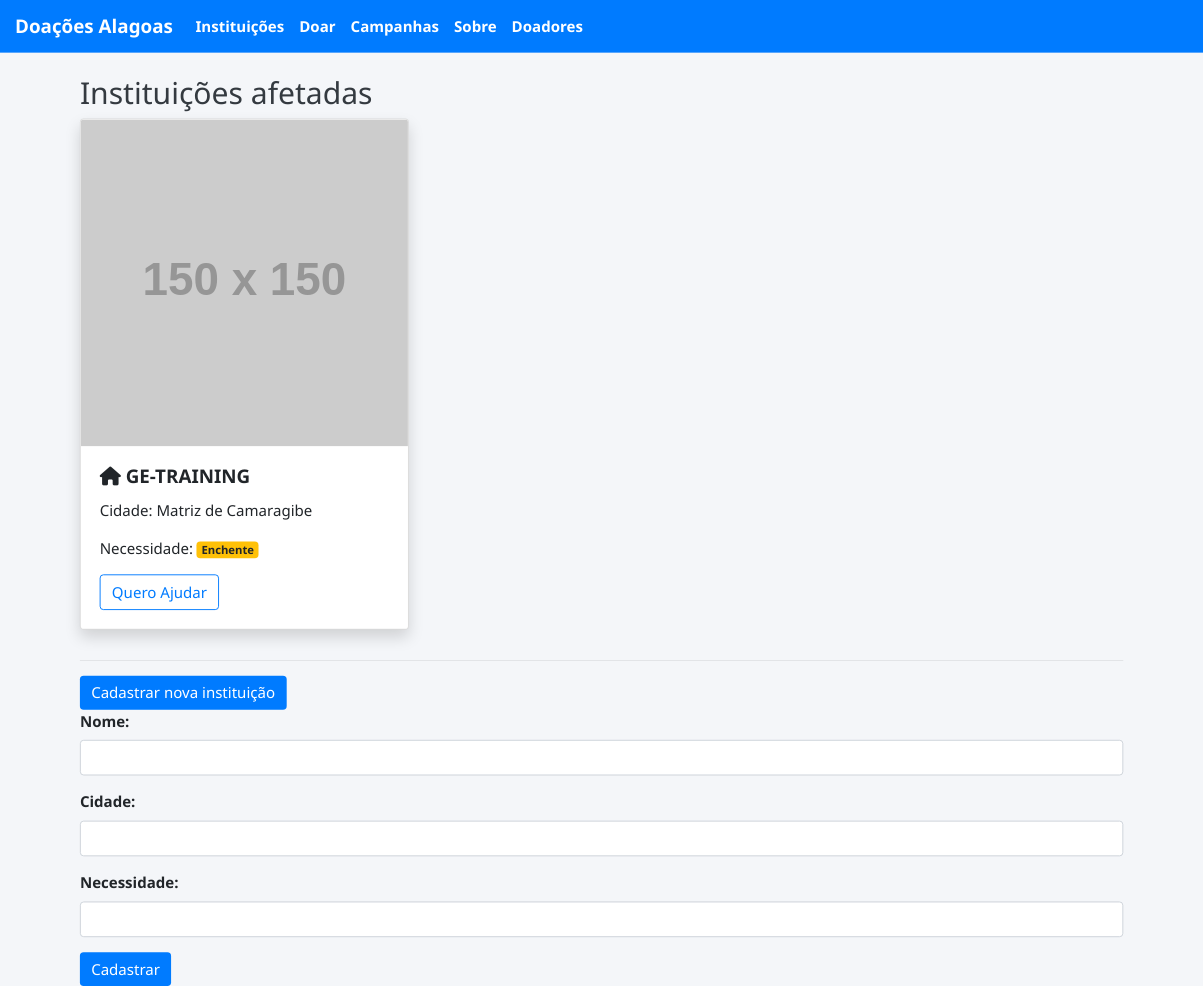
Repository: rafaelcrb/mvp-doacoes-alagoas
Page: http://localhost/instituicoes
The author's editor kept a copy of each file at every save. The page is drawn from the files as they stood at one save, then again after the next save.
The browser window is 1280 px wide. The pictures show the whole page, at 94% of full size.
The page is served by the project's application, run on Flask 3 (app.py). The page reads the database file committed with the project.

Above is the page before, as saved 2025-05-26 22:06:32.

### templates/instituicoes.html
{% extends 'base.html' %}

{% block content %}
<h2>Instituições afetadas</h2>

<div class="row">
  {% for i in instituicoes %}
  <div class="col-md-4">
    <div class="card mb-3 shadow rounded">
      <img src="https://via.placeholder.com/150" class="card-img-top" alt="Imagem da instituição">
      <div class="card-body">
        <h5 class="card-title"><i class="fas fa-home"></i> {{ i[1] }}</h5>
        <p class="card-text">Cidade: {{ i[2] }}</p>
        <p class="card-text">
          Necessidade: <span class="badge badge-warning">{{ i[3] }}</span>
        </p>
        <a href="/doar" class="btn btn-outline-primary">Quero Ajudar</a>
      </div>
    </div>
  </div>
  {% endfor %}
</div>


<hr>

<button class="btn btn-primary" data-toggle="modal" data-target="#cadastroModal">Cadastrar nova instituição</button>

<form method="POST">
  <div class="form-group">
    <label>Nome:</label>
    <input class="form-control" type="text" name="nome" required>
  </div>
  <div class="form-group">
    <label>Cidade:</label>
    <input class="form-control" type="text" name="cidade" required>
  </div>
  <div class="form-group">
    <label>Necessidade:</label>
    <input class="form-control" type="text" name="necessidade" required>
  </div>
  <button class="btn btn-primary" type="submit">Cadastrar</button>
</form>
{% endblock %}

### templates/base.html
<!DOCTYPE html>
<html lang="pt-BR">
<head>
    <meta charset="UTF-8">
    <title>MVP Doações Alagoas</title>
    <link rel="stylesheet" href="https://stackpath.bootstrapcdn.com/bootstrap/4.5.2/css/bootstrap.min.css">
    <link rel="stylesheet" href="{{ url_for('static', filename='style.css') }}">
    <link rel="stylesheet" href="https://cdnjs.cloudflare.com/ajax/libs/font-awesome/6.4.0/css/all.min.css">

</head>
<body>
<nav class="navbar navbar-expand-lg navbar-light bg-light">
  <a class="navbar-brand" href="/">Doações Alagoas</a>
  <div class="collapse navbar-collapse">
    <ul class="navbar-nav">
      <li class="nav-item"><a class="nav-link" href="/instituicoes">Instituições</a></li>
      <li class="nav-item"><a class="nav-link" href="/doar">Doar</a></li>
      <li class="nav-item"><a class="nav-link" href="/campanhas">Campanhas</a></li>
      <li class="nav-item"><a class="nav-link" href="/sobre">Sobre</a></li>
      <li class="nav-item"><a class="nav-link" href="/doadores">Doadores</a></li>

    </ul>
  </div>
</nav>
<div class="container mt-4">
    {% block content %}{% endblock %}
</div>
</body>
</html>

### app.py
from flask import Flask, render_template, request, redirect
import sqlite3

app = Flask(__name__)

# Banco de dados
def init_db():
    conn = sqlite3.connect('database.db')
    c = conn.cursor()
    c.execute('''CREATE TABLE IF NOT EXISTS instituicoes (
                    id INTEGER PRIMARY KEY,
                    nome TEXT,
                    cidade TEXT,
                    necessidade TEXT)''')
    c.execute('''CREATE TABLE IF NOT EXISTS doacoes (
                    id INTEGER PRIMARY KEY,
                    nome TEXT,
                    contato TEXT,
                    item TEXT)''')
    conn.commit()
    conn.close()

init_db()

@app.route('/')
def index():
    return render_template('index.html')

@app.route('/instituicoes', methods=['GET', 'POST'])
def instituicoes():
    conn = sqlite3.connect('database.db')
    c = conn.cursor()

    if request.method == 'POST':
        nome = request.form['nome']
        cidade = request.form['cidade']
        necessidade = request.form['necessidade']
        c.execute("INSERT INTO instituicoes (nome, cidade, necessidade) VALUES (?, ?, ?)",
                  (nome, cidade, necessidade))
        conn.commit()

    c.execute("SELECT * FROM instituicoes")
    instituicoes = c.fetchall()
    conn.close()
    return render_template('instituicoes.html', instituicoes=instituicoes)

@app.route('/doadores')
def doadores():
    conn = sqlite3.connect('database.db')
    c = conn.cursor()
    c.execute("SELECT * FROM doacoes")
    doadores = c.fetchall()
    conn.close()
    return render_template('doadores.html', doadores=doadores)



@app.route('/doar', methods=['GET', 'POST'])
def doar():
    if request.method == 'POST':
        nome = request.form['nome']
        contato = request.form['contato']
        item = request.form['item']
        conn = sqlite3.connect('database.db')
        c = conn.cursor()
        c.execute("INSERT INTO doacoes (nome, contato, item) VALUES (?, ?, ?)",
                  (nome, contato, item))
        conn.commit()
        conn.close()
        return redirect('/')

    return render_template('doar.html')

@app.route('/campanhas')
def campanhas():
    campanhas = [
        {'nome': 'Campanha Alagoas Solidária', 'descricao': 'Ajude as vítimas das enchentes.'},
        {'nome': 'Doação de água e mantimentos', 'descricao': 'Itens mais necessários: água, alimentos não perecíveis, roupas.'}
    ]
    return render_template('campanhas.html', campanhas=campanhas)

@app.route('/sobre')
def sobre():
    return render_template('sobre.html')

if __name__ == '__main__':
    app.run(debug=True)

### static/style.css
body {
    background-color: #f4f6f9;
    font-family: 'Segoe UI', Tahoma, Geneva, Verdana, sans-serif;
}

.navbar {
    background-color: #007bff !important;
}

.nav-link, .navbar-brand {
    color: white !important;
    font-weight: bold;
}

.container {
    margin-top: 30px;
}

h1, h2, h3 {
    color: #343a40;
}

.card {
    box-shadow: 0 4px 8px rgba(0,0,0,0.1);
    border-radius: 10px;
}

.card-title {
    font-size: 1.25rem;
    font-weight: bold;
}

.form-group label {
    font-weight: bold;
}

.btn-primary {
    background-color: #007bff;
    border: none;
}

.btn-primary:hover {
    background-color: #0056b3;
}

.table {
    background-color: white;
    border-radius: 8px;
    overflow: hidden;
}

footer {
    margin-top: 50px;
    padding: 20px;
    text-align: center;
    background-color: #007bff;
    color: white;
}

### database.db (the tables this page reads, as SQL)
CREATE TABLE instituicoes (
                    id INTEGER PRIMARY KEY,
                    nome TEXT,
                    cidade TEXT,
                    necessidade TEXT);
INSERT INTO "instituicoes" VALUES
(1, 'GE-TRAINING', 'Matriz de Camaragibe', 'Enchente');

After the next save:
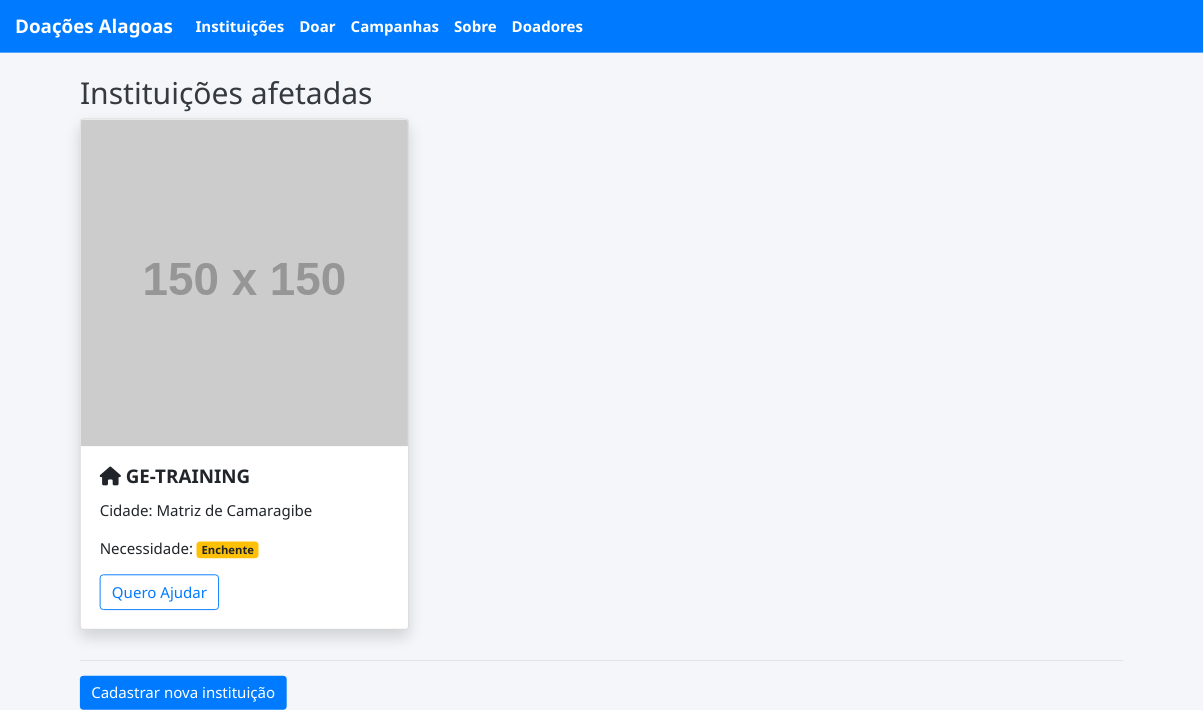
Saved 64 s later.
--- a/templates/instituicoes.html
+++ b/templates/instituicoes.html
@@ -26,19 +26,34 @@
 
 <button class="btn btn-primary" data-toggle="modal" data-target="#cadastroModal">Cadastrar nova instituição</button>
 
-<form method="POST">
-  <div class="form-group">
-    <label>Nome:</label>
-    <input class="form-control" type="text" name="nome" required>
+<div class="modal fade" id="cadastroModal" tabindex="-1">
+  <div class="modal-dialog">
+    <div class="modal-content">
+      <form method="POST">
+        <div class="modal-header">
+          <h5 class="modal-title">Cadastrar Instituição</h5>
+          <button type="button" class="close" data-dismiss="modal">&times;</button>
+        </div>
+        <div class="modal-body">
+          <div class="form-group">
+            <label>Nome:</label>
+            <input class="form-control" type="text" name="nome" required>
+          </div>
+          <div class="form-group">
+            <label>Cidade:</label>
+            <input class="form-control" type="text" name="cidade" required>
+          </div>
+          <div class="form-group">
+            <label>Necessidade:</label>
+            <input class="form-control" type="text" name="necessidade" required>
+          </div>
+        </div>
+        <div class="modal-footer">
+          <button class="btn btn-success" type="submit">Cadastrar</button>
+        </div>
+      </form>
+    </div>
   </div>
-  <div class="form-group">
-    <label>Cidade:</label>
-    <input class="form-control" type="text" name="cidade" required>
-  </div>
-  <div class="form-group">
-    <label>Necessidade:</label>
-    <input class="form-control" type="text" name="necessidade" required>
-  </div>
-  <button class="btn btn-primary" type="submit">Cadastrar</button>
-</form>
+</div>
+
 {% endblock %}
